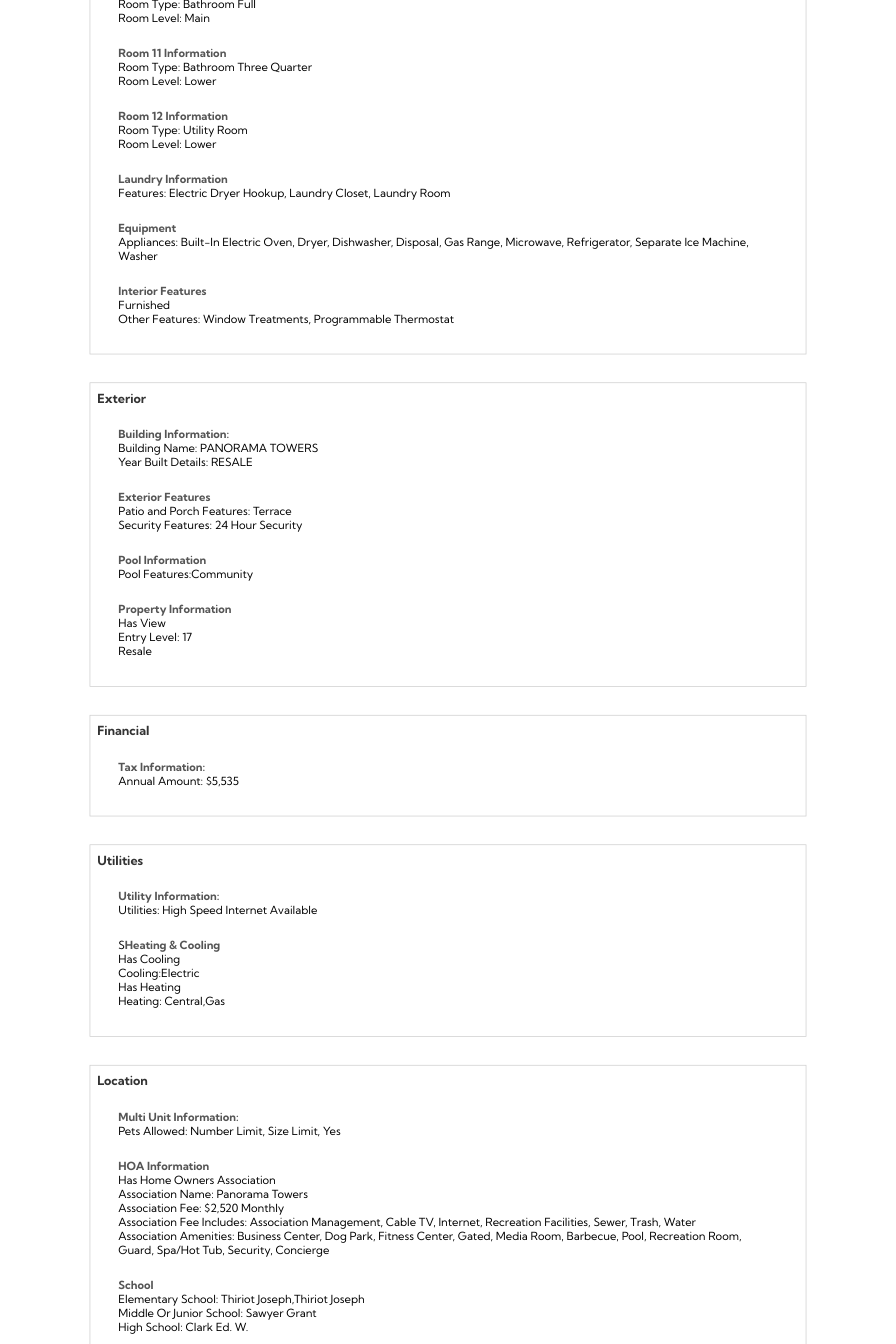
Repository: MrAllin1/ProgWWW_23_Gr1
Page: pages/House1.html
The author's editor kept a copy of each file at every save. The page is drawn from the files as they stood at one save, then again after the next save.
The browser window is 1280 px wide. The pictures show the part of the page from y = 2705 to 4625 px (the page is 5717 px tall before and 5787 px after), at 70% of full size.
A picture or video elsewhere on the page could not be fetched, so the positions and the page height are approximate. Some web libraries are served in a nearby version.

Above is the page before, as saved 2024-01-11 07:50:34.

After the next save:
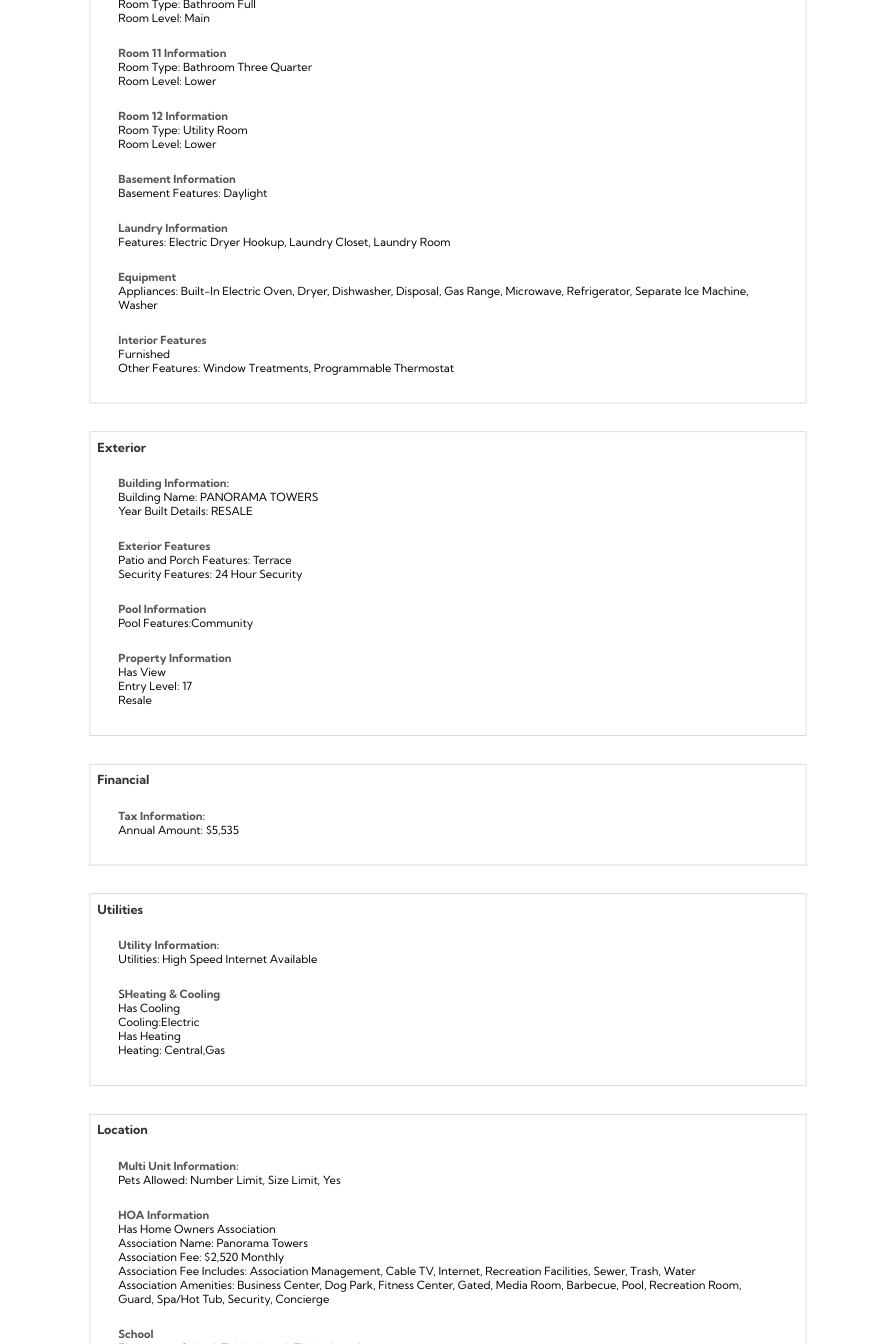
Saved 3 min 14 s later.
--- a/pages/House1.html
+++ b/pages/House1.html
@@ -137,6 +137,7 @@
                         <li><strong>Room 10 Information</strong></br> Room Type: Bathroom Full </br>Room Level: Main</li>
                         <li><strong>Room 11 Information</strong></br> Room Type: Bathroom Three Quarter </br>Room Level: Lower</li>
                         <li><strong>Room 12 Information</strong></br> Room Type: Utility Room</br>Room Level: Lower</li>
+                        <li><strong>Basement Information</strong> </br>Basement Features: Daylight</li>
 
                         <li><strong>Laundry Information</strong></br> Features: Electric Dryer Hookup, Laundry Closet, Laundry Room</li>
                         <li><strong>Equipment</strong></br> Appliances: Built-In Electric Oven, Dryer, Dishwasher, Disposal, Gas Range, Microwave, Refrigerator, Separate Ice Machine, Washer</li>
